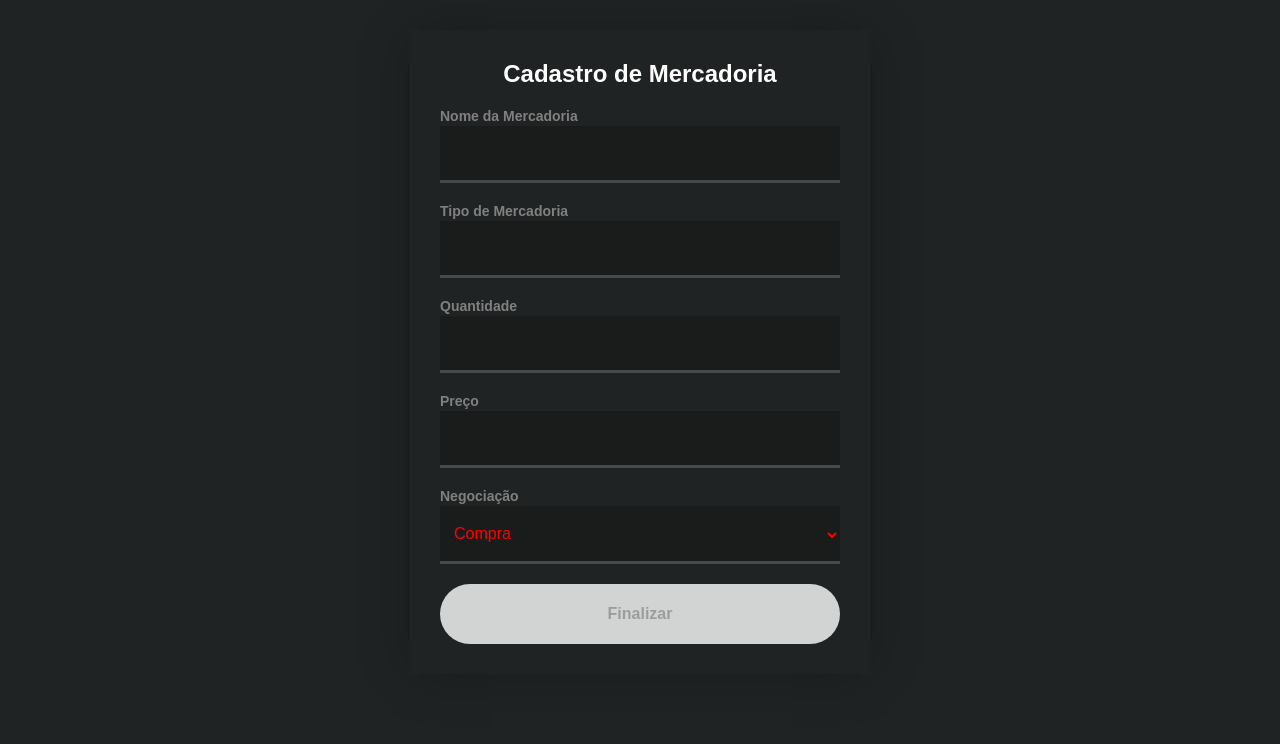
Repository: felipedischer/valemobi
Page: http://localhost/Valemobi/
These files come from the project's save history. The page is drawn as it stood at one moment and after the next save; the edit follows.
The browser window is 1280 px wide. The pictures show the whole page.
The page is served by Tomcat 9. Other server files are loaded and not shown.

Above is the page before, as saved 2016-09-28 04:12:02.

### Valemobi/WebContent/index.jsp
<%@ page language="java" contentType="text/html; charset=ISO-8859-1"
    pageEncoding="ISO-8859-1"%>
<!DOCTYPE html PUBLIC "-//W3C//DTD HTML 4.01 Transitional//EN" "http://www.w3.org/TR/html4/loose.dtd">
<html>
<head>
<meta http-equiv="Content-Type" content="text/html; charset=ISO-8859-1">

<link rel="stylesheet" type="text/css" href="estilo/css/estilo.css">

<title>Plataforma de Negociação</title>

</head>
<body>

<main id="conteudo">
		<div class="container">
			<form action="contatoservlet" method="post">
				<h2>Cadastro de Mercadoria</h2>


				<div class="grupo">
					<label for="campo1">Nome da Mercadoria</label>
					<input type="text" id="campo1" name="nome">
				</div>

				<div class="grupo">
					<label for="campo2">Tipo de Mercadoria</label>
					<input type="text" id="campo2" name="tipo">
				</div>

				<div class="grupo">
					<label for="campo3">Quantidade</label>
					<input type="number" id="campo3" name="quantidade">
				</div>

				<div class="grupo">
					<label for="campo4">Preço</label>
					<input type="text" id="campo4" name="preco">
				</div>

				<div class="grupo">
					<label for="campo5">Negociação</label>
					<select id="campo5" name="negociacao">
						<option value="COMPRA">Compra</option>
						<option value="VENDA">Venda</option>
					</select>
				</div>
				<button class="btn btn-cadastrar" type="submit">Finalizar</button>
			</form>
		</div>
	</main>






</body>
</html>

### Valemobi/WebContent/estilo/css/estilo.css

*{
	margin: 0px;
	padding: 0px;
	outline: none;
	font-family: "Arial";
	color: #bbbbbb;
	text-decoration: none;
}
.container{
	box-sizing: border-box;
	display: block;
	margin: auto;
	padding: 0px 15px;
	width: 1170px;
	max-width: 100%;
}

body{
	padding-bottom: 40px;
	background: #202323;
	width: 100%;
	height: 100%;
	position: relative;
}



/*CONTEUDO*/
#conteudo{
	padding: 30px 0px;
}
form label{
	color: white;
}
form {
	padding: 30px;
	max-width: 400px;
	margin: auto;
	box-shadow: 0px 0px 52px 0px rgba(0,0,0,0.2);
	animation: fadeIn 1.5s cubic-bezier(0.19,1,0.22,1);
}

form h2{
	text-align: center;
	margin-bottom: 20px;
	color: white;
}
form .grupo{
	margin-bottom: 20px;
}
form .grupo > *{
	display: block;
}
form .grupo label{
	font-weight: bold;
	font-size: 14px;
	margin-bottom: 2px;
	color: Grey;
}
form .grupo input, form .grupo select{
	border: none;
	box-sizing: border-box;
	width: 100%;
	padding: 10px;
	font-size: 16px;
	background: rgba(0,0,0,0.2);
	color: red;
    padding: 18px 10px;
    border-bottom: solid 3px rgba(255,255,255,0.2);
    transition: all 0.4s cubic-bezier(0.19,1,0.22,1);
}

.btn{
	cursor: pointer;
	font-weight: bold;
	display: block;
	height: 50px;
	padding: 10px 20px;
	border-radius: 25px;
	border: none;
	font-weight: bold;
	font-size: 16px;
	background: white;
	opacity: 0.8;
	transition: all 1s cubic-bezier(0.19,1,0.22,1);
}
.btn:hover{
	opacity: 1;

}
form > .btn{
	width: 100%;
	height: 60px;
	border-radius: 30px;
}

After the next save:
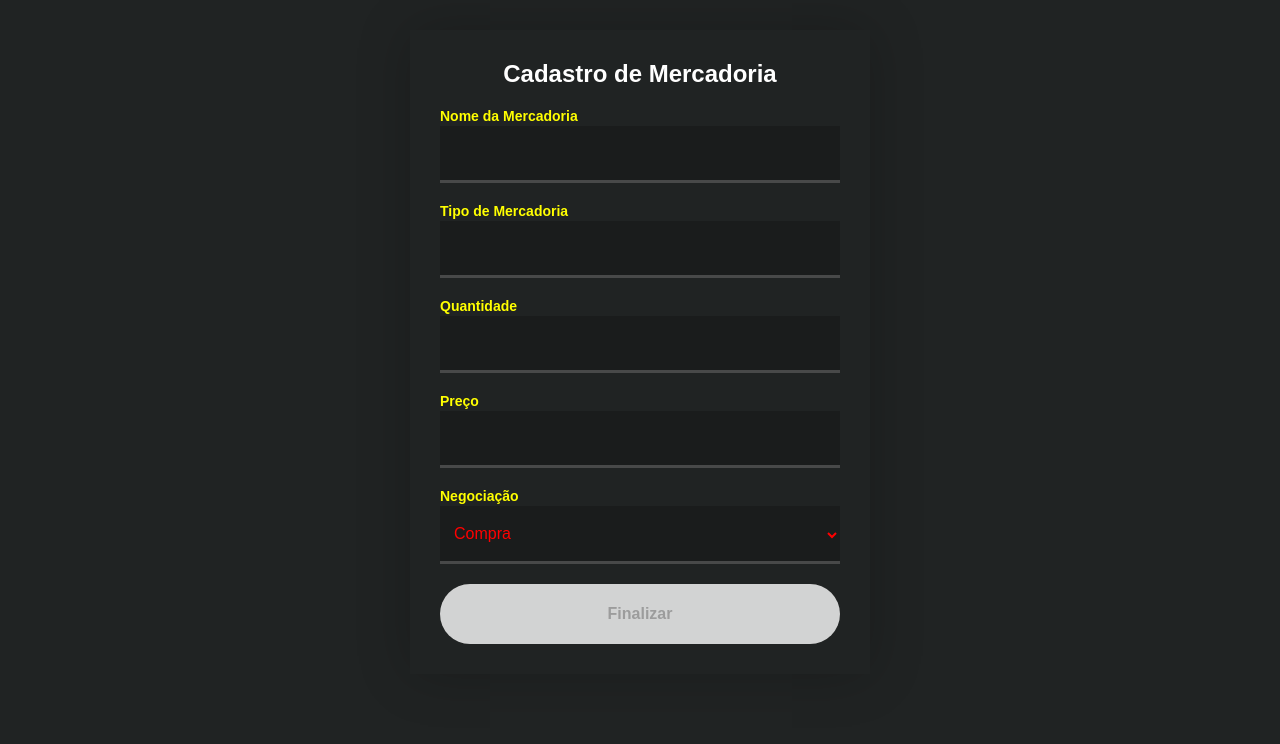
Saved 70 s later.
--- a/Valemobi/WebContent/estilo/css/estilo.css
+++ b/Valemobi/WebContent/estilo/css/estilo.css
@@ -56,7 +56,7 @@ form .grupo label{
 	font-weight: bold;
 	font-size: 14px;
 	margin-bottom: 2px;
-	color: Grey;
+	color: yellow;
 }
 form .grupo input, form .grupo select{
 	border: none;
